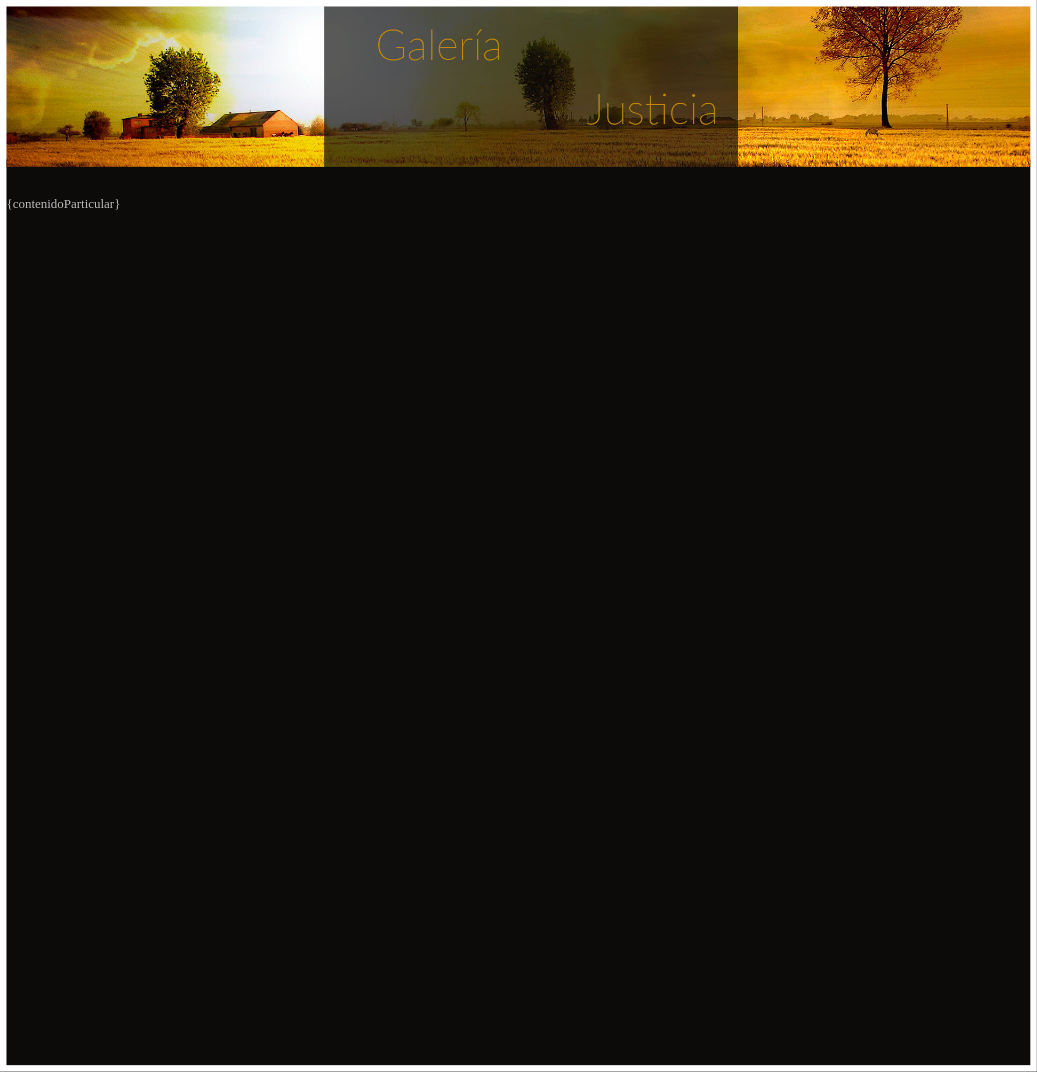
Repository: mmarjusticia/proyectoGaleria
Page: templates/_plantilla.1.html
The author's editor kept a record of every edit. The page is drawn from the files as they stood at one moment, then again after the next edit.
The browser window is 1280 px wide. The pictures show the whole page, at 81% of full size.

Above is the page before.

After the next edit:
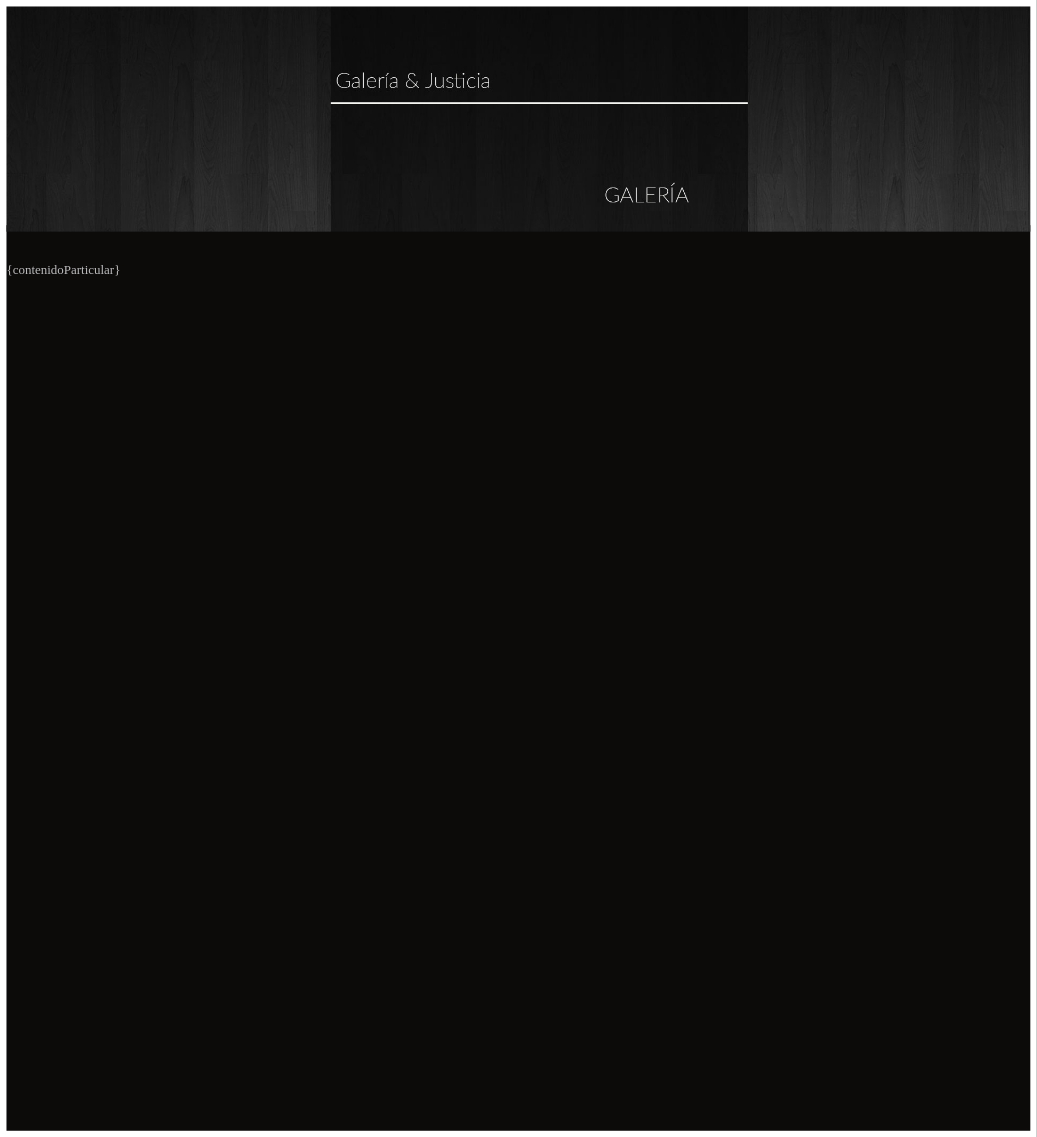
The edit:
--- a/templates/_plantilla.1.html
+++ b/templates/_plantilla.1.html
@@ -9,7 +9,7 @@
 </head>
 <body>
     <header>
-        <img id="imagenHeader" src="../css/galeria2.jpg"/>
+        <img id="imagenHeader" src="../css/cabeceraG.jpg"/>
 
     </header>
     <div id="contenedor">
